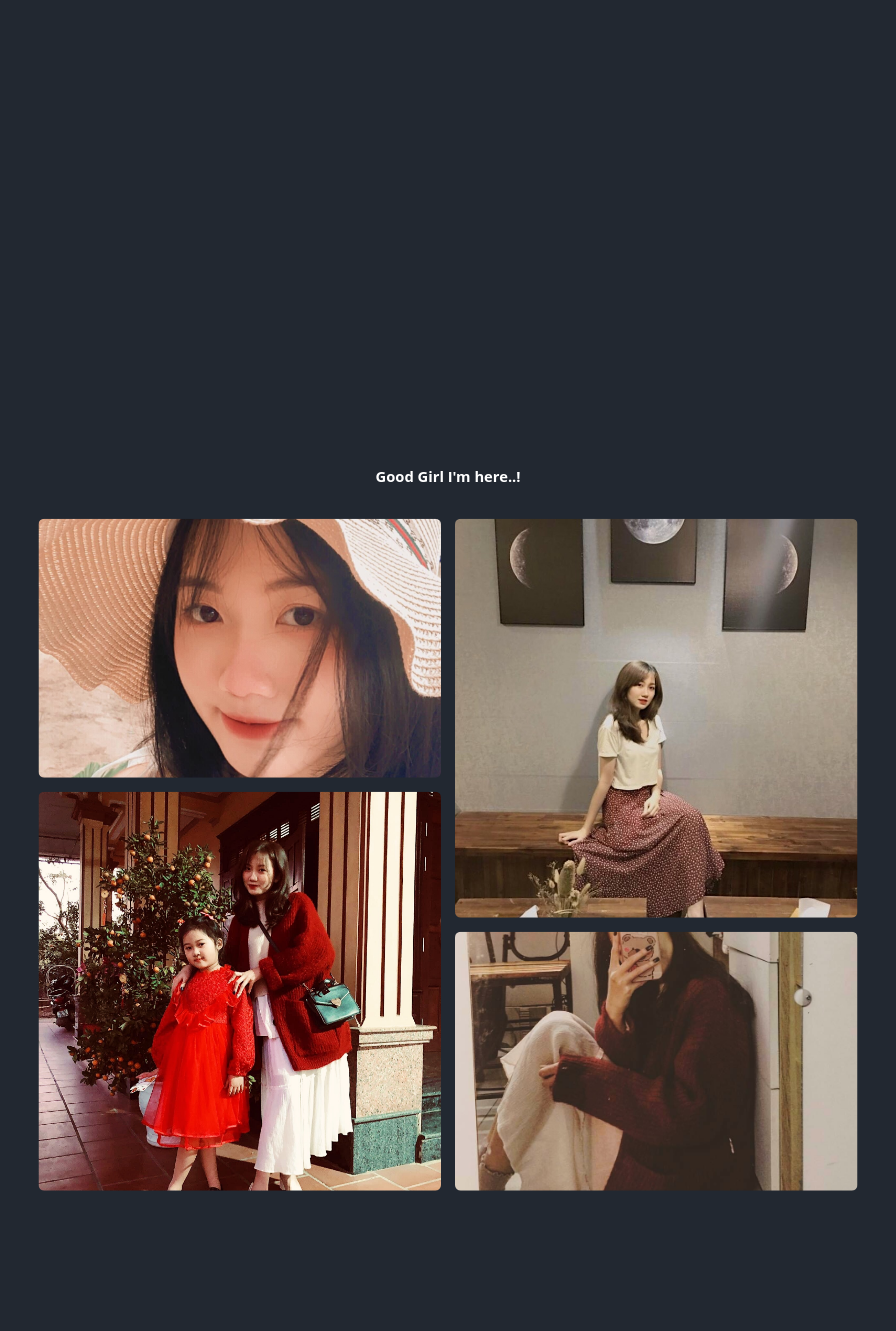
Repository: Datt21/p-happyB
Page: index.html
These files come from the project's save history. The page is drawn as it stood at one moment and after the next save; the edit follows.
The browser window is 1280 px wide. The pictures show the part of the page from y = 970 to 2890 px (the page is 2871 px tall before and 2890 px after), at 70% of full size.
Some icons come from a web library that is not loaded, so they are not drawn.

Above is the page before, as saved 2021-08-31 05:32:32.

### index.html
<!DOCTYPE html>
<html lang="en">
<head>
    <meta charset="UTF-8">
    <meta http-equiv="X-UA-Compatible" content="IE=edge">
    <meta name="viewport" content="width=device-width, initial-scale=1.0">
    <title>Document</title>
    <link rel="stylesheet" href="https://unicons.iconscout.com/release/v4.0.0/css/line.css">
    <link rel="stylesheet" href="./app.css">
</head>
<body>
<div class="wrapper">
    <header class="header">
        <div class="container">
            <div class="header-main">
                <div class="header-info">
                    <img src="./images/lemon.jpg" alt="" class="img-logo">
                    <div class="info">
                        <div class="info-name">Thúy Nga</div>
                        <div class="birth-day">02-09-2000 <i class="uil uil-users-alt"></i> </div>
                    </div>
                </div>

                <div class="menu">
                    <span class="text">Happy special day!</span>
                </div>

                <div class="icon-gift">
                    <a href=""><i class="uil uil-gift"></i></a>
                </div>
            </div>
        </div>
    </header>

    <main>
        <section class="about">
            <div class="container">
                <div class="you-header">
                    <h3 class="caption">Good Girl <span class="heading"> I'm here..!</span></h3>
                </div>
                <div class="about-list">
                    <div class="about-item">
                        <img src="./images/img1.jpg" alt="">
                    </div>
                    <div class="about-item">
                        <img src="./images/img2.jpg" alt="">
                    </div>
                    <div class="about-item">
                        <img src="./images/img3.jpg" alt="">
                    </div>
                    <div class="about-item">
                        <img src="./images/img4.jpg" alt="">
                    </div>
                </div>
            </div>
        </section>
    </main>
</div>
    <script src="./app.js"></script>
</body>
</html>

### app.css
html {
    box-sizing: border-box;
}

* {
    margin: 0;
    padding: 0;
}

*,
*:before,
*:after {
    box-sizing: border-box;
}

a {
    text-decoration: none;
}

img {
    display: block;
    max-width: 100%;
}

html {
    scroll-behavior: smooth;
}

body {
    font-family: "Open sans", sans-serif;
    font-size: 18px;
    line-height: 1;
    color: white;
    background-color: #222831;
    overflow-x: hidden;
}
section[id] {
    scroll-margin-top: 30px;
}

.wrapper {
    max-width: 1920px;
    margin: 0 auto;
    background: url("../images/banner.jpg") no-repeat top/100%;
    /* min-height: 300vh; */
}

main {
    min-height: 200vh;
}
.container {
    max-width: 1200px;
    margin: 0 auto;
    padding: 0 15px;
}

/* .header {
    border-bottom: 1px solid rgba(255, 255, 255, 0.3);
} */
.header-main {
    display: flex;
    justify-content: space-between;
    align-items: center;
    padding: 40px 0;
}
.header-info {
    display: flex;
    align-items: center;
    gap: 0 10px;
    font-size: 20px;
}

.img-logo {
    width: 60px;
    height: 60px;
    border-radius: 50%;
}

.info-name {
    padding-bottom: 10px;
}
.birth-day {
    opacity: 0.6;
}

.menu .text {
    font-style: italic;
    font-size: 40px;
    font-weight: 800;
}

.icon-gift i {
    font-size: 40px;
    color: white;
    font-weight: 600;
}

.about {
    padding-top: 1500px;
    padding-bottom: 200px;
}
.you-header {
    text-align: center;
    max-width: 490px;
    margin: 0 auto;
    padding-bottom: 50px;
}

main {
    min-height: 200vh;
}

.about-list {
    text-align: center;
    display: grid;
    grid-template-columns: 1fr 1fr;
    grid-gap: 20px;
    grid-template-rows: 370px 180px 370px;
}

.about-item {
    border-radius: 8px;
}

.about-item img {
    width: 100%;
    height: 100%;
    object-fit: cover;
    border-radius: inherit;
}

.about-item:nth-child(2) {
    grid-row: 1/3;
    grid-column: 2/3;
}
.about-item:nth-child(3) {
    grid-row: 2/4;
    grid-column: 1/2;
}

Loaded but not shown: app.js (no copy from this time; the picture is the same without it)

After the next save:
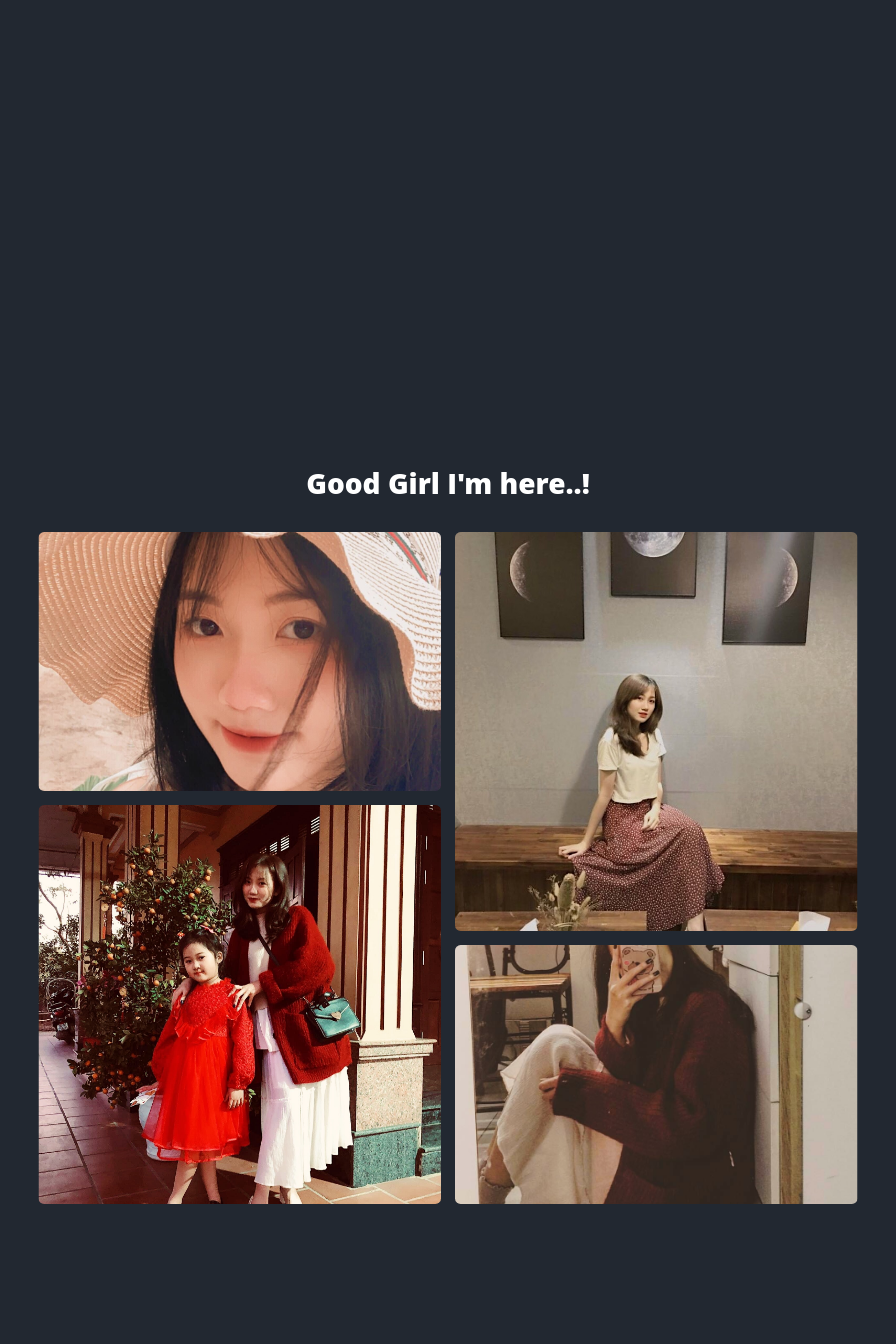
Saved 61 s later.
--- a/app.css
+++ b/app.css
@@ -129,6 +129,11 @@ main {
     border-radius: inherit;
 }
 
+.caption {
+    font-size: 40px;
+    font-weight: 800;
+}
+
 .about-item:nth-child(2) {
     grid-row: 1/3;
     grid-column: 2/3;
